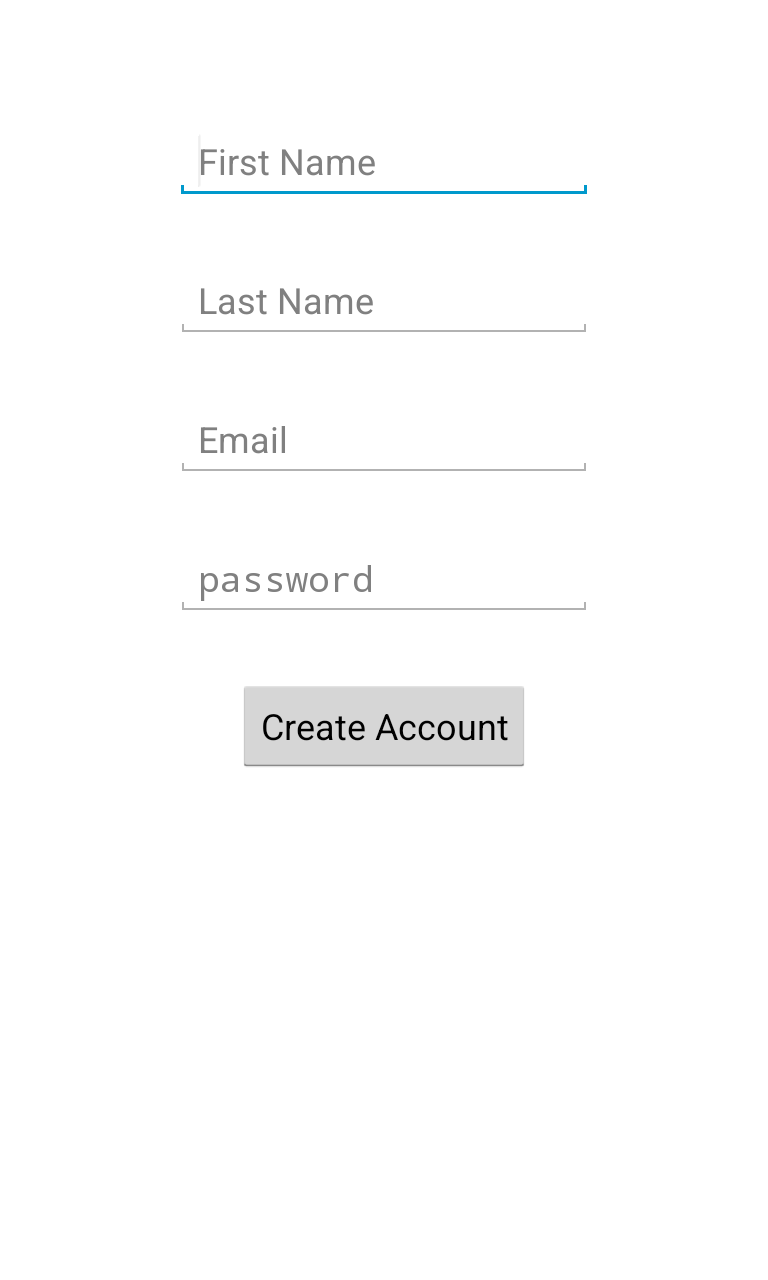
Repository: NarenPamza/Android_Template
Layout: LastNightParty/res/layout/activity_create_new_account.xml
These files come from the project's save history. The layout is drawn as it stood at one moment and after the next save; the edit follows.
It is drawn on a 768 x 1280 px phone screen (xhdpi) without system bars, with theme AppTheme; the app's code is not run. The app's manifest (not shown) leaves right-to-left support off. So textAlignment, textDirection and layoutDirection are ignored, and left and right values win over start and end ones.

Above is the layout before, as saved 2015-12-25 14:45:59.

### LastNightParty/res/layout/activity_create_new_account.xml
<RelativeLayout xmlns:android="http://schemas.android.com/apk/res/android"
    xmlns:tools="http://schemas.android.com/tools"
    android:layout_width="match_parent"
    android:layout_height="match_parent"
    android:paddingBottom="@dimen/activity_vertical_margin"
    android:paddingLeft="@dimen/activity_horizontal_margin"
    android:paddingRight="@dimen/activity_horizontal_margin"
    android:paddingTop="@dimen/activity_vertical_margin"
    tools:context="com.androidParty.lastnightparty.CreateNewAccountActivity" >

    <EditText
        android:id="@+id/editText1"
        android:layout_width="wrap_content"
        android:layout_height="wrap_content"
        android:layout_alignParentTop="true"
        android:layout_centerHorizontal="true"
        android:layout_marginTop="45dp"
        android:ems="10"
        android:hint="@string/first_name"
        android:inputType="textPersonName"
        android:labelFor="@+id/editText1
        ">
        <requestFocus />
    </EditText>

    <EditText
        android:id="@+id/editText2"
        android:layout_width="wrap_content"
        android:layout_height="wrap_content"
        android:layout_alignEnd="@+id/editText1"
        android:layout_alignStart="@+id/editText1"
        android:layout_below="@+id/editText1"
        android:layout_marginTop="30dp"
        android:hint="@string/last_name"
        android:ems="10"
        android:inputType="textPersonName"
        android:labelFor="@+id/editText2" />

    <EditText
        android:id="@+id/editText3"
        android:layout_width="wrap_content"
        android:layout_height="wrap_content"
        android:layout_alignStart="@+id/editText2"
        android:layout_below="@+id/editText2"
        android:layout_marginTop="30dp"
        android:ems="10"
        android:hint="@string/email"
        android:inputType="textEmailAddress"
        android:labelFor="@+id/editText3"/>

    <EditText
        android:id="@+id/editText4"
        android:layout_width="wrap_content"
        android:layout_height="wrap_content"
        android:layout_alignEnd="@+id/editText3"
        android:layout_alignStart="@+id/editText3"
        android:layout_below="@+id/editText3"
        android:layout_marginTop="30dp"
        android:ems="10"
        android:hint="@string/password"
        android:inputType="textPassword"
        android:labelFor="@+id/editText4" />

    <Button
        android:id="@+id/button1"
        android:layout_width="wrap_content"
        android:layout_height="wrap_content"
        android:layout_below="@+id/editText4"
        android:layout_centerHorizontal="true"
        android:layout_marginTop="30dp"
        android:text="@string/create_account" />
</RelativeLayout>

### LastNightParty/res/values/strings.xml
<?xml version="1.0" encoding="utf-8"?>
<resources>

    <string name="app_name">LastNightParty</string>
    <string name="hello_world">Last Nyte</string>
    <string name="action_settings">Settings</string>
    <string name="create_new">Create New Account</string>
    <string name="sign_in">Sign in With Email</string>
    <string name="title_activity_create_new_account">CreateNewAccountActivity</string>
    <string name="title_activity_sign_in">SignInActivity</string>
    <string name="Sign_In_Button">Sign In</string>

    <string name="user_name">user name</string>
    <string name="password">password</string>

    <string name="first_name">First Name</string>
    <string name="last_name">Last Name</string>
    <string name="email">Email</string>
    <string name="create_account">Create Account</string>
</resources>

Loaded but not shown: LastNightParty/res/values/styles.xml (common file); LastNightParty/res/values-v11/styles.xml (common file); LastNightParty/res/values-v14/styles.xml (common file); LastNightParty/res/values/dimens.xml (common file); LastNightParty/res/values-w820dp/dimens.xml (common file)

After the next save:
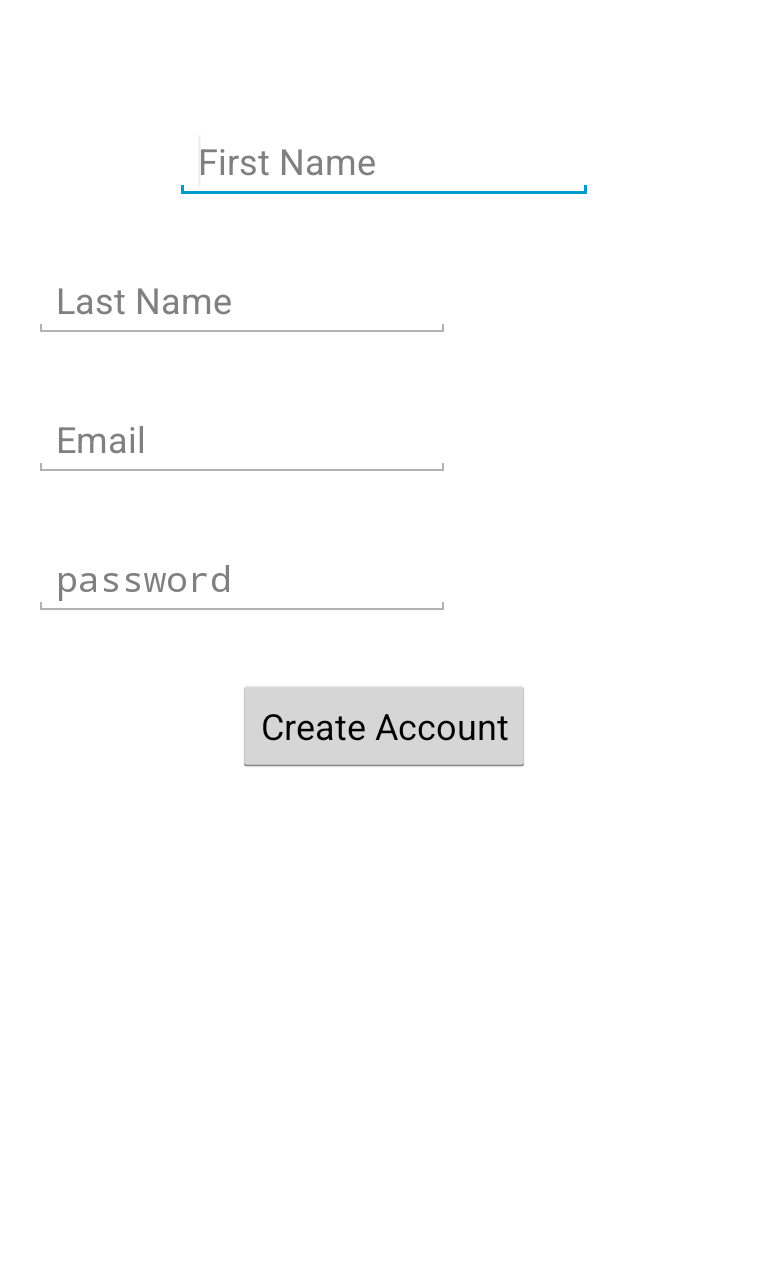
Saved 3 min 39 s later.
--- a/LastNightParty/res/layout/activity_create_new_account.xml
+++ b/LastNightParty/res/layout/activity_create_new_account.xml
@@ -27,8 +27,6 @@
         android:id="@+id/editText2"
         android:layout_width="wrap_content"
         android:layout_height="wrap_content"
-        android:layout_alignEnd="@+id/editText1"
-        android:layout_alignStart="@+id/editText1"
         android:layout_below="@+id/editText1"
         android:layout_marginTop="30dp"
         android:hint="@string/last_name"

After the save that followed:
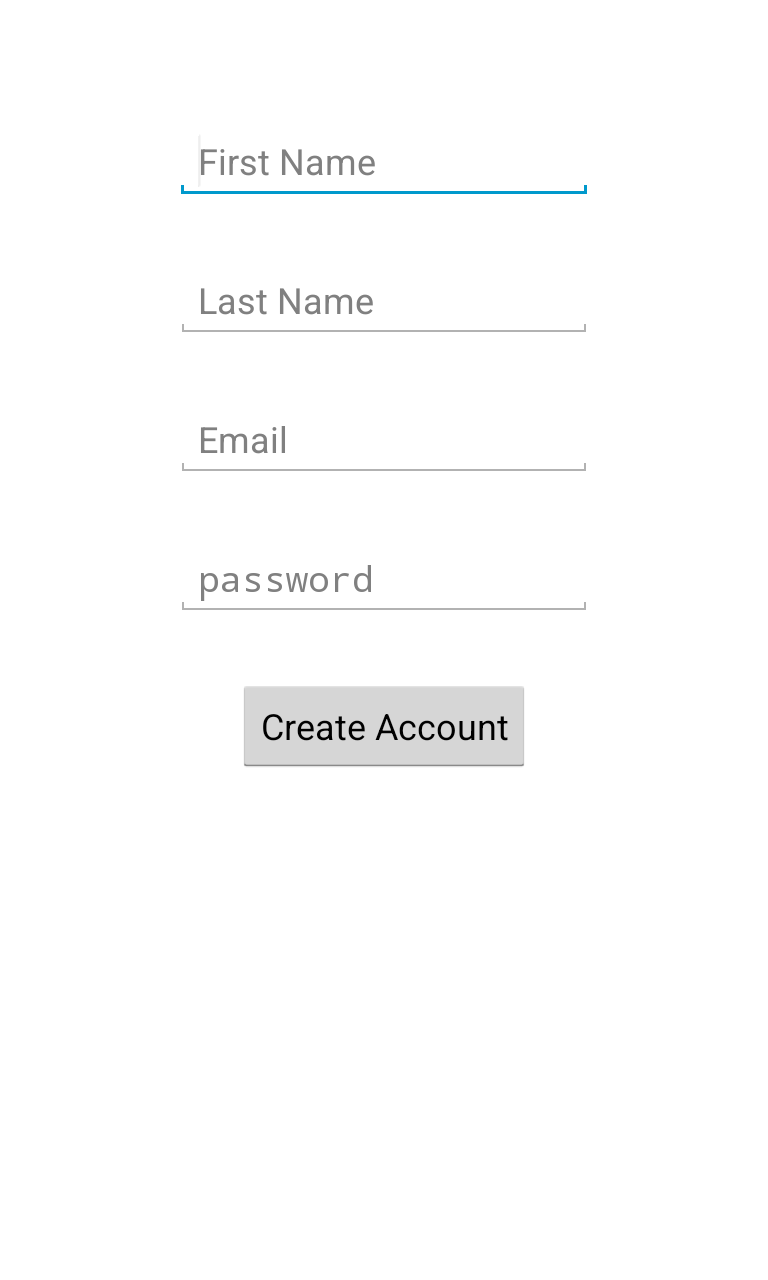
Saved 13 s later.
--- a/LastNightParty/res/layout/activity_create_new_account.xml
+++ b/LastNightParty/res/layout/activity_create_new_account.xml
@@ -27,6 +27,8 @@
         android:id="@+id/editText2"
         android:layout_width="wrap_content"
         android:layout_height="wrap_content"
+        android:layout_alignEnd="@+id/editText1"
+        android:layout_alignStart="@+id/editText1"
         android:layout_below="@+id/editText1"
         android:layout_marginTop="30dp"
         android:hint="@string/last_name"
